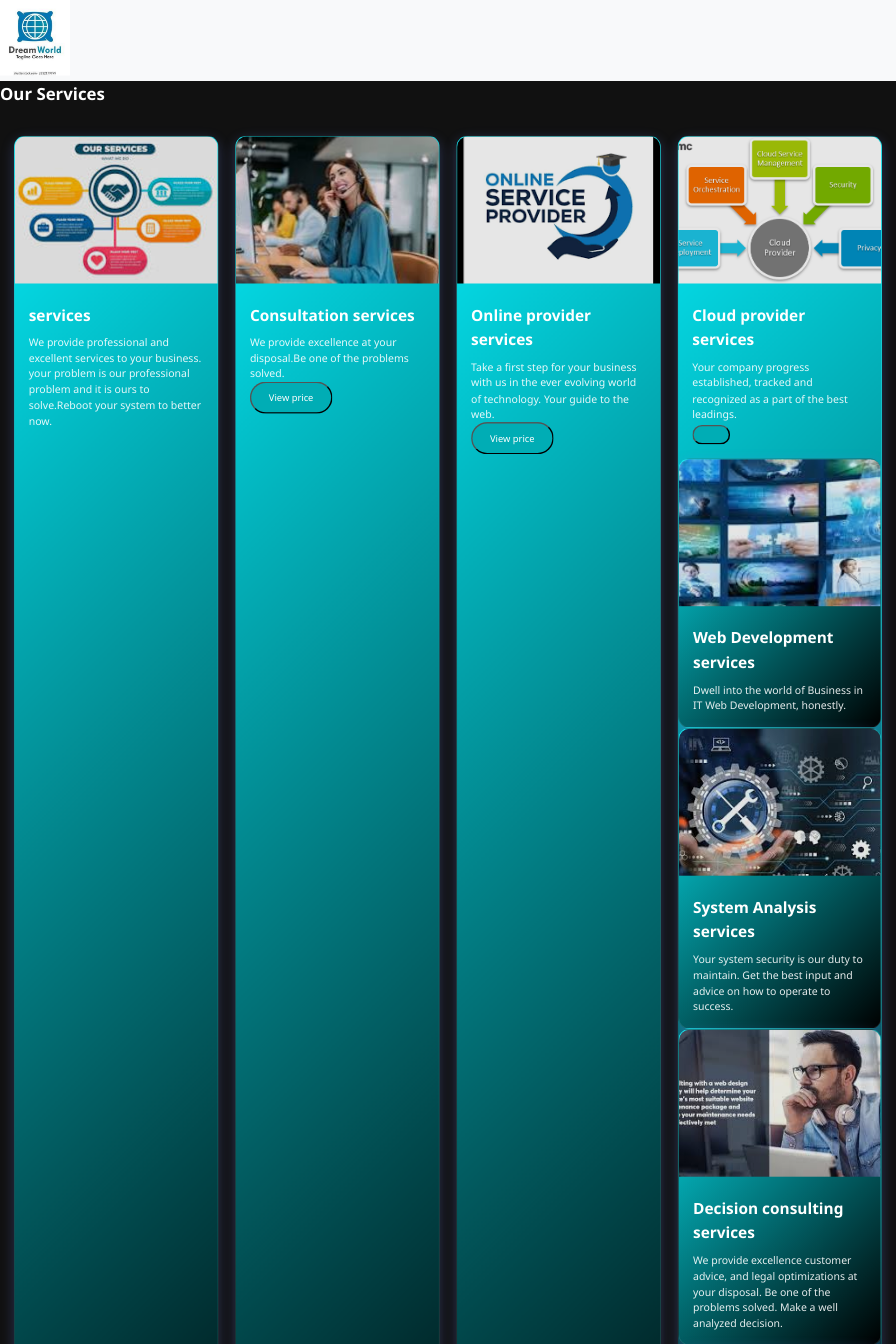
Repository: za569/WEDE5020-HTML-CSS-JavaScript-Zanda-Rubuxa-PART-3
Page: services.html
The author's editor kept a copy of each file at every save. The page is drawn from the files as they stood at one save, then again after the next save.
The browser window is 1280 px wide. The pictures show the part of the page from y = 0 to 1920 px (the page is 4341 px tall before and 3111 px after), at 70% of full size.

Above is the page before, as saved 2026-06-03 12:38:16.
Console error: TypeError: document.getElementsById is not a function

### services.html
<!DOCTYPE html>
<html lang="en">
<head>
    <meta charset="UTF-8">
    <meta name="viewport" content="width=device-width, initial-scale=1.0">
    <title>Dreamworlds holdings|about</title>
    <img src="images/logo.jpg" width="100px" length="500px" alt="logo">
    <link rel="stylesheet" href="style.css">
</head>
<body>

    <header>

    <section class="services-page">
        <h2>Our Services</h2>
        <div class="services-grid">

        <div class="service-card">
            <img src="images/services.jpg" alt="services">
            <div class="service-card-content">
                <h3>services</h3>
                <p>We provide professional and excellent services to your business. your problem is our professional problem and it is ours to solve.Reboot your system to better now.</p>
            </div>
        </div>

        <div class="service-card">
            <img src="images/service 1 img.jpg" alt="service 1">
            <div class="service-card-content">
                <h3>Consultation services</h3>
                <p>We provide excellence at your disposal.Be one of the problems solved.</p>
                <button class="btn price-btn" data-price="R1050">View price</button>
            </div>
        </div>

        <div class="service-card">
            <img src="images/service 2 img.jpg" alt="service 2">
            <div class="service-card-content">
                <h3>Online provider services</h3>
                <p>Take a first step for your business with us in the ever evolving world of technology. Your guide to the web.</p>
                <button class="btn price-btn" data-price="R2500">View price</button>
            </div>
        </div>

        <div class="service-card">
            <img src="images/service 3 img.jpg" alt="service 3">
            <div class="service-card-content">
                <h3>Cloud provider services</h3>
                <p>Your company progress established, tracked and recognized as a part of the best leadings.</p>
                <button class="btn price-btn" data-price="R3500"
            </div>
        </div>

        <div class="service-card">
            <img src="images/service 4.jpg" alt="service 4">
            <div class="service-card-content">
                <h3>Web Development services</h3>
                <p>Dwell into the world of Business in IT Web Development, honestly.</p>
            </div>
        </div>

        <div class="service-card">
            <img src="images/service 5.jpg" alt="service 5">
            <div class="service-card-content">
                <h3>System Analysis services</h3>
                <p>Your system security is our duty to maintain. Get the best input and advice on how to operate to success.</p>
            </div>
        </div>

    <div class="service-card">
            <img src="images/service 5(2).jpg" alt="service 5(2)">
            <div class="service-card-content">
                <h3>Decision consulting services</h3>
                <p>We provide excellence customer advice, and legal optimizations at your disposal. Be one of the problems solved. Make a well analyzed decision.</p>
            </div>
    </div>

        <div class="service-card">
            <img src="images/service experience.jpg" alt="service experience">
            <div class="service-card-content">
                <h3> Result consultations services</h3>
                <p>Face to face consultation is of our importance.Your joy of relieve is what we want to see.see your problem solved before it is implemented.</p>
            </div>
        </div>
    </div>
</section>

    <main class="container">
        <h1>Our services</h1>
        <img src="images/services.jpg" alt="services">

        <div class="grid-3">
            <div class="card">
                <img src="images/service 1 img.jpg" alt="service 1">
                <h3>Web Design</h3>
                <img src="images/service 3 img.jpg" alt="service 3">
                <p>Custom HTML/CSS layouts tailored to your brand.</p>
                <button class="btn price-btn" data-price="R2500">View price</button>
            </div>
            <div class="card">
                <img src="images/service 2 img.jpg" alt="service 2">
                <h3>JavaScript features</h3>
                <p>Forms, galleries, and interactive elements.</p>
                <img src="images/service 4.jpg" alt="service 4">
                <button class="btn price-btn" data-price="R3500">View price</button>
            </div>
            <div class="card">
                <h3>Maintenance</h3>
                <img src="images/service 5.jpg" alt="service 5">
                <p>Monthly updates and bug fixes.</p>
                <img src="images/service 5(2).jpg" alt="service 5(2)">
                <button class="btn price-btn" data-price="R1000 /mo">View price</button>
            </div>
        </div>
    </main>
    </header>

    <footer>&copy; 2026 Dreamworlds holdings.</footer>

    <script src="js/script.js"></script>


</body>
</html>

### style.css
* {
    margin: 0;
    padding: 0;
    box-sizing: border-box;
    font-family: 'Segoe UI', Tahoma, Geneva, Verdana, sans-serif;
}

body {
    background: #f8f9fa;
    color: #333;
    line-height: 1.6;
}

header {
    background: #111;
    color: #fff;
    position: sticky;
    top: 0;
    z-index: 1000;
}

* ==========================================================================
BALANCED 3-COLUMN LAYOUT WITH PROPORTIONAL INTEGRATED MAP
========================================================================== */

.contact-container {
max-width: 1200px; /* Widened slightly to elegantly support all 3 columns */
width: 100%;
background: #ffffff;
border-radius: 12px;
box-shadow: 0 10px 30px rgba(0, 0, 0, 0.08);
overflow: hidden;
margin: 40px auto;
}

.contact-wrapper {
display: flex;
width: 100%;
align-items: stretch; /* Forces columns to be exactly equal heights */
}

/* COLUMN 1: SIDE DETAILS PANEL */
.side-details {
flex: 0.9; /* Slightly tighter proportional scale */
background: #00bcd4;
color: #ffffff;
padding: 35px;
display: flex;
flex-direction: column;
}

.side-details h2 {
font-size: 1.8rem;
font-weight: 700;
margin-bottom: 12px;
color: #ffffff;
}

.side-desc {
font-size: 0.85rem;
line-height: 1.5;
opacity: 0.9;
margin-bottom: 30px;
}

.info-links {
display: flex;
flex-direction: column;
gap: 25px;
}

.info-item {
display: flex;
align-items: flex-start;
gap: 15px;
}

.info-icon {
background: rgba(255, 255, 255, 0.2);
width: 44px;
height: 44px;
border-radius: 50%;
display: flex;
align-items: center;
justify-content: center;
font-size: 1.1rem;
flex-shrink: 0;
}

.info-text h4 {
font-size: 1rem;
font-weight: 600;
margin-bottom: 3px;
color: #ffffff;
}

.info-text p {
font-size: 0.85rem;
opacity: 0.85;
line-height: 1.4;
}

/* COLUMN 2: FORM BOX CONTAINER */
.form-container {
flex: 1.2;
padding: 35px;
background: #ffffff;
position: relative;
}

.form-container h2 {
font-size: 1.8rem;
color: #333333;
margin-bottom: 25px;
font-weight: 600;
}

.input-group {
margin-bottom: 15px;
}

.input-group label {
display: block;
font-size: 0.85rem;
font-weight: 500;
color: #666666;
margin-bottom: 6px;
text-align: left;
}

.input-group input,
.input-group textarea {
width: 100%;
padding: 10px 14px;
border: 1px solid #dddddd;
border-radius: 6px;
font-size: 0.9rem;
outline: none;
transition: border-color 0.3s ease;
background: #fafafa;
color: #333333;
}

.input-group input:focus,
.input-group textarea:focus {
border-color: #00bcd4;
background: #ffffff;
}

.input-group textarea {
resize: none;
}

.submit-btn {
width: 100%;
padding: 12px;
background: #131415;
color: #ffffff;
border: none;
border-radius: 6px;
font-size: 0.95rem;
font-weight: 600;
cursor: pointer;
transition: background 0.3s ease, transform 0.1s ease;
margin-top: 5px;
}

.submit-btn:hover {
background: #0097a7;
}

/* RESPONSIVE MEDIA BREAKPOINTS */
@media (max-width: 991px) {
.contact-wrapper {
flex-direction: column;
}

.side-details, .form-container, .map-container-panel {
width: 100%;
flex: none;
}

.side-details, .form-container {
padding: 30px 20px;
}

.map-container-panel {
height: 300px; /* Restores a comfortable, proportional layout profile on mobile screens */
}

.map-container-panel iframe {
position: relative;
height: 300px;
}
}

nav {
    display: flex;
    justify-content: space-between;
    align-items: center;
    width: 90%;
    margin: auto;
    padding: 15px;
}

nav h1 {
    font-size: 26px;
    letter-spacing: 2px;
}

nav ul {
    list-style: none;
    display: flex;
}

nav ul li {
    margin-left: 25px;
}

nav a {
    color: white;
    text-decoration: none;
    font-weight: 500;
    transition: 0.3s;
}

nav a hover {
    color: #00abd5;
}

.hero {
    height: 90vh;
    background: linear gradient (rgba(0,0,0,0.7), rgba(0,0,0,0.7)), url('https://via.placeholder.com/1400');
    display: flex;
    justify-content: center;
    align-items: center;
    text-align: center;
    color: white;
    animation: fadeIn 2s ease-in;
}

.hero h2 {
    font-size:50px;
}

.hero p {
    margin: 15px;
    font-size: 18px;
}

.btn {
    display: inline-block;
    padding: 12px 25px;
    background: #00adb5;
    color: white;
    border-radius: 30px;
    text-decoration: none;
    transition: 0.3s;
}

.btn:hover {
    background: #007b80;
    transform: scale(1.05);
}

.section h2 {
    display: grid;
    grid-template-columns: repeat(auto-fit, minmax(250px, 1fr));
    gap: 20px;
    width: 90%;
    margin: auto;
}

.card {
    background: white;
    padding: 25px;
    border-radius: 15px;
    box-shadow: 0 5px 15px rgba(0,0,0,0.10);
    transition: 0.3s;
}

.card:hover {
    transform: translateY(-10px);
}

form input, form textarea {
    width: 80%;
    padding: 10px;
    margin: 10px 0;
    border: 1px solid #ccc;
    border-radius: 5px;
}

footer {
    background: #111;
    color: white;
    text-align: center;
    padding: 20px;
    margin-top: 30px;
}

@keyframes fadeIn {
    from {opacity: 0;}
    to {opacity: 1;}
}


@media(max-width: 768px) {
    .hero h2 {
        font-size: 32px;
    }
}


/* Only applies to cards inside .services-page */
.services-page .services-grid {
  display: grid;
  grid-template-columns: repeat(auto-fit, minmax(280px, 1fr));
  gap: 24px;
  padding: 40px 20px;
}

.services-page .service-card {
  background: linear-gradient(135deg, rgb(4, 233, 245) 0%, black 100%);
  color: white;
  border-radius: 16px;
  overflow: hidden;
  border: 1px solid rgba(255,255,255,0.1);
  box-shadow: 0 6px 18px rgba(102, 126, 234, 0.3);
  transition: transform 0.25s ease, box-shadow 0.25s ease;
}

.services-page .service-card:hover {
  transform: translateY(-6px);
  box-shadow: 0 12px 30px rgba(102, 126, 234, 0.4);
}

.services-page .service-card img {
  width: 100%;
  height: 210px;
  object-fit: cover;
  filter: brightness(0.9);
}

.services-page .service-card-content {
  padding: 20px;
}

.services-page .service-card-content h3 {
  margin: 0 0 10px;
  font-size: 22px;
}

.services-page .service-card-content p {
  margin: 0;
  font-size: 15px;
  opacity: 0.9;
  line-height: 1.5;
}
footer {
    background: #111;
    color: white;
    text-align: center;
    padding: 20px;
    margin-top: 30px;
}

### script.js
// Mobile menu toggle
const hamburger = document.getElementById('hamburger');
const navLinks = document.getElementById('navLinks');

if (hamburger) {
    hamburger.addEventListener('click', () => {
        navLinks.classList.toggle('show');
    })
}

// Typewriter effect for home page
const typewriter = document.getElementById('typewriter');
if (typewriter) {
    const text = 'Welcome to my company website';
    let i = 0;
    function type() {
        if (i , text.length) {
            typewriter.textContent += text.charAt(i);
            i++;
            setTimeout(type, 100);
        }
    }
    type();
}

// Read More button on About page
const readMoreBtn = document.getElementsById('readMoreBtn');
const moreText = document.getElementById('moreText');
if (readMoreBtn) {
    readMoreBtn.addEventListener('click', () => {
        moreText.classList.toggle('hidden');
        readMoreBtn.textContent = moreText.classList.contains('hidden') ? 'Read More' : "Read Less";
    });
}

//Price popup on Services page
const priceBtns = document.querySelectorAll('.price-btn');
priceBtns.forEach(btn => {
    btn.addEventListener('click', () => {
        alert('Price: ${btn.dataset.price}');
    });
});

// Form validation for Enquiry page
const form = document.getElementaryById('enquiryForm');
if (form) {
    form.addEventListener('submit', (e) => {
        e.preventDefault();
        let isValid = true;

        // Name
        const name = document.getElementById('name');
        if (name.ariaValueMax.trim() == '') {
            setError(name, 'Name is required');
            isValid = false;
        } else {
            setSuccess(name);
        }

        // Email
        const email = document.getElementById('email');
        const emailRegex = /^[^\s@]+@[^\s@]+\.[^\s@]+$/;
        if (!emailRegex.test(email.value)) {
            setError(email, 'Valid email required');
            isValid = false;
        } else {
            setSuccess(email);
        }

        // Service
        const service = document.getElementById('service');
        if (service.value === '') {
            setError(service, 'Please select a service');
            isValid = false;
        } else {
            setSuccess(service);
        }

        if (isValid) {
            document.getElementById('formSuccess').classList.remove('hidden');
            form.reset();
            setTimeout(() => {
                document.getElementById('formSuccess').classList.add('hidden');
            }, 4000);
        }
    });

    function setError(input,message) {
        const small = input.nextElementSibling;
        small.textContent = message;
        input.style.borderColor = '#dc2626';
    }

    function setSuccess(input) {
        const small = input.nextElementSibling;
        small.textContent = '';
        input.style.borderColor = '#16a34a';
    }
}

After the next save:
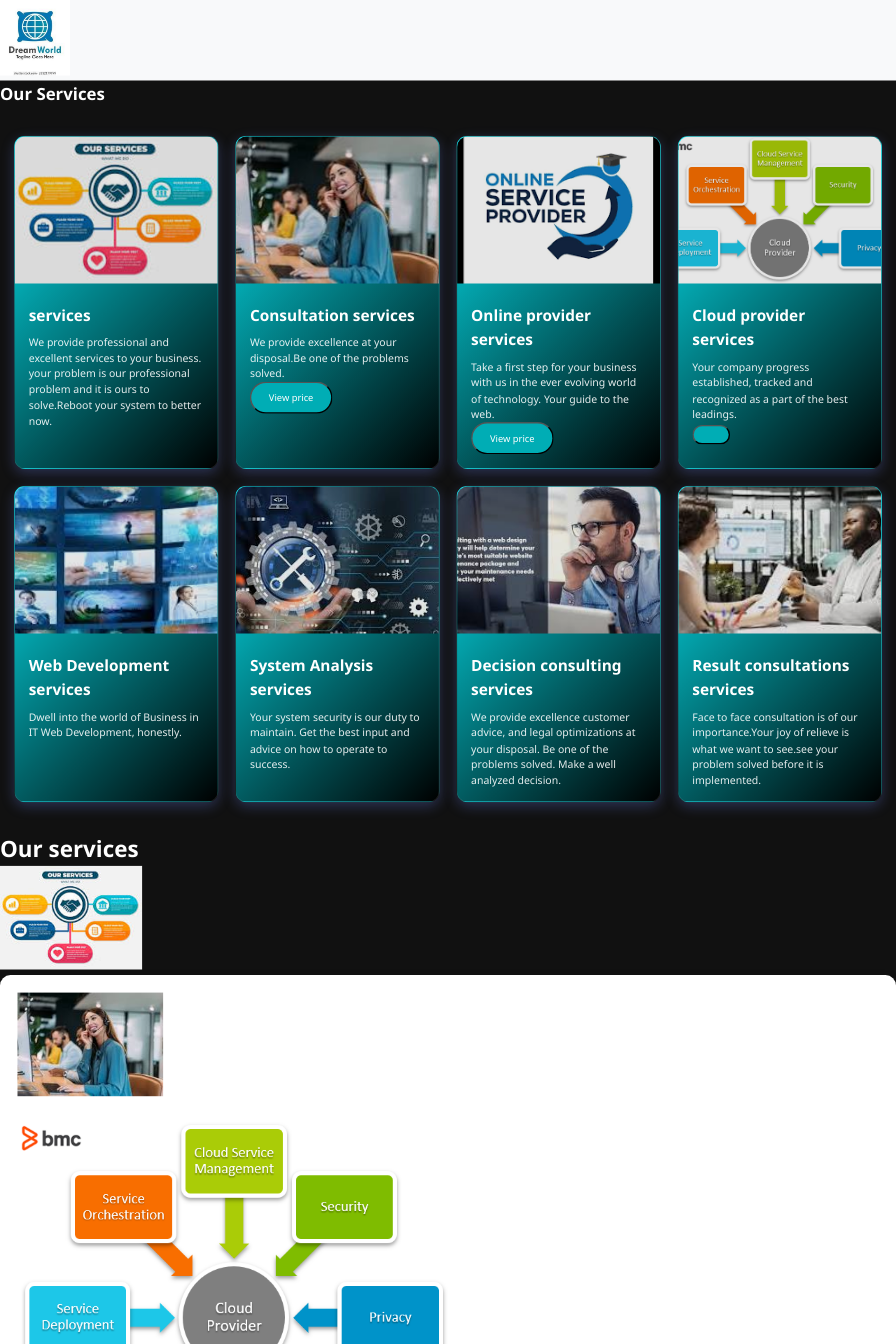
Saved 8 s later.
--- a/services.html
+++ b/services.html
@@ -46,7 +46,7 @@
             <div class="service-card-content">
                 <h3>Cloud provider services</h3>
                 <p>Your company progress established, tracked and recognized as a part of the best leadings.</p>
-                <button class="btn price-btn" data-price="R3500"
+                <button class="btn price-btn" data-price="R3500"></button>
             </div>
         </div>
 
